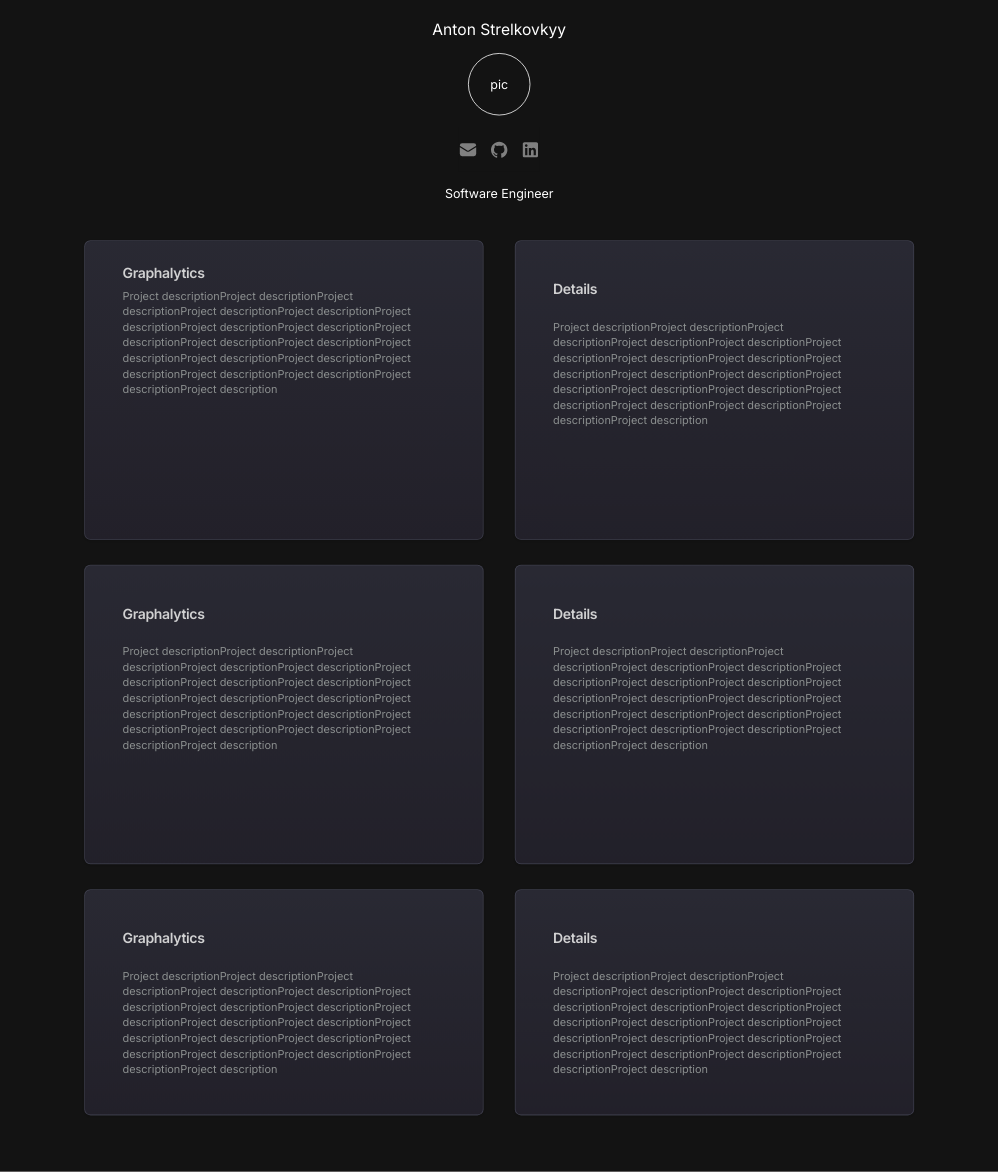
Repository: Fortivera/Anton
Page: /
These files come from the project's save history. The page is drawn as it stood at one moment and after the next save; the edit follows.
The browser window is 1280 px wide. The pictures show the whole page, at 78% of full size.
The project was rebuilt for these pictures with package versions that can differ from the ones it lists, and the page was loaded fresh each time. The framework's server and built-in components were replaced by stand-ins that run in the browser. Also part of the build but not shown: next.config.mjs.

Above is the page before, as saved 2024-05-02 16:09:08.

After the next save:
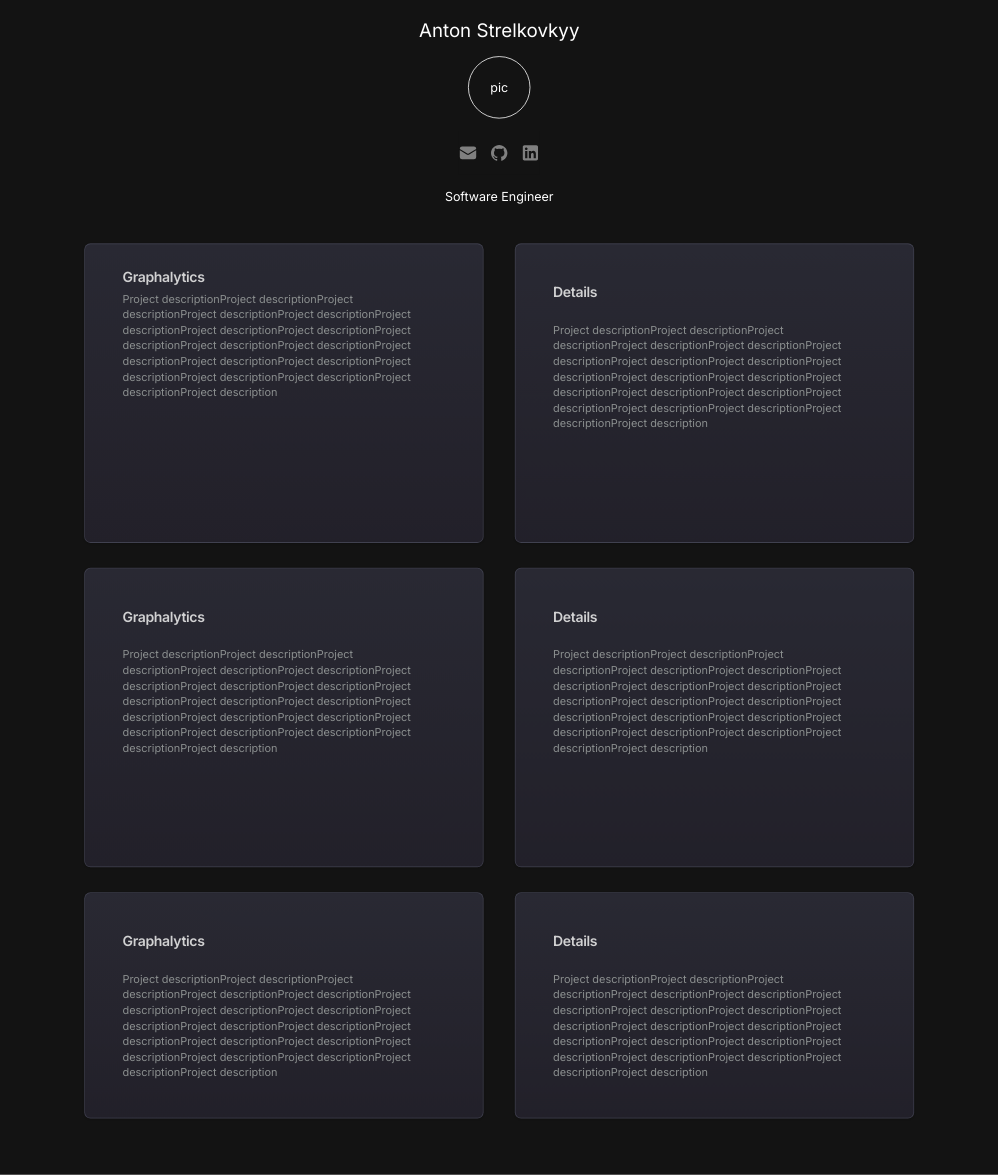
Saved 6 s later.
--- a/app/page.tsx
+++ b/app/page.tsx
@@ -18,7 +18,7 @@ export default function Home() {
       <main className="flex flex-col bg-[#131313] w-full mx-auto p-6 flex-grow">
         <section id="about_me" className="container mx-auto px-4">
           <div className="flex flex-col items-center space-y-4">
-            <p className="text-xl">Anton Strelkovkyy</p>
+            <p className="text-2xl">Anton Strelkovkyy</p>
             <div className="flex justify-center items-center rounded-full border border-white h-20 w-20">pic</div>
             <Footer />
             <p className="flex justify-center items-center w-[30rem]">Software Engineer</p>
